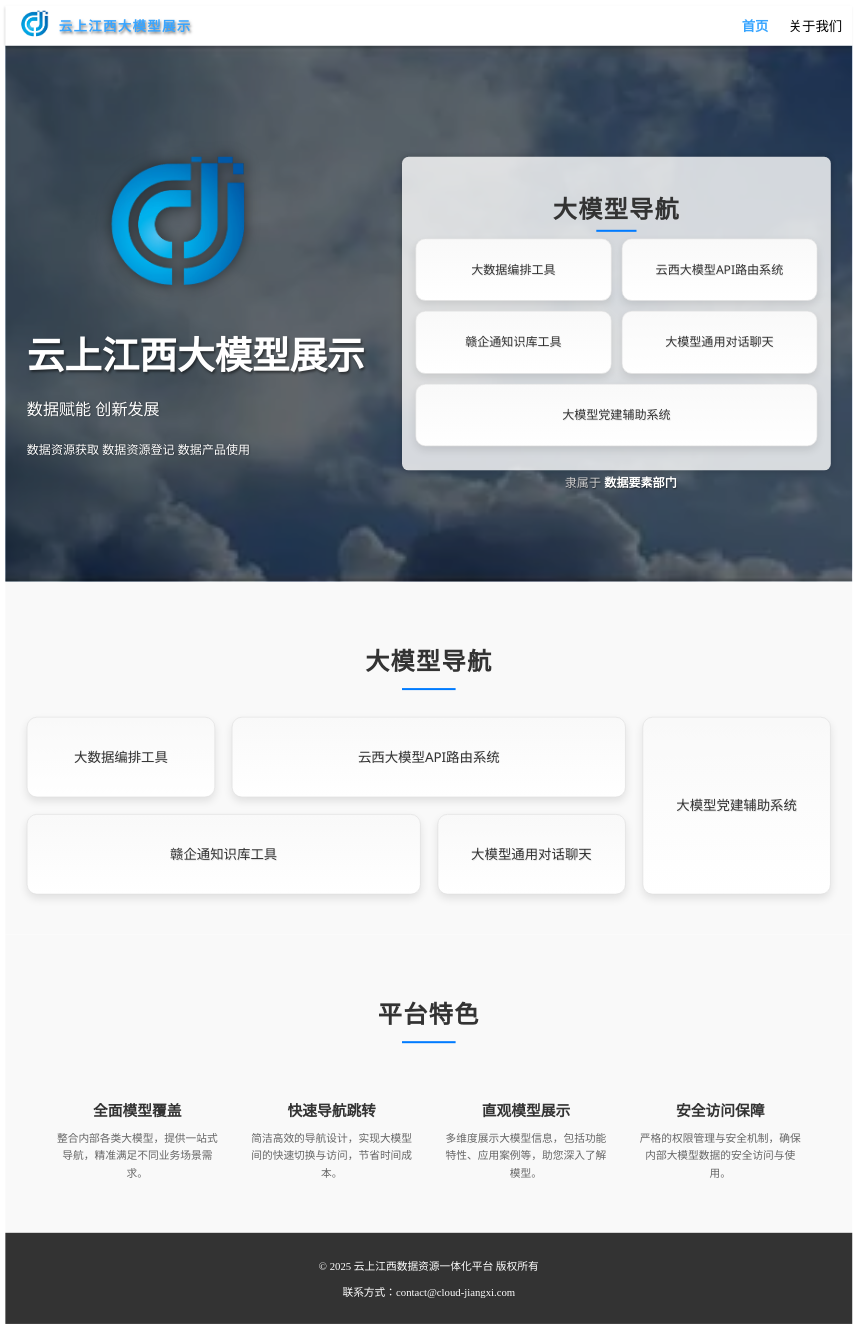
Repository: Felix-yifengyang/ysjx-model-nav
Page: /
An editor plug-in stored every save of this project. The page is shown before and after the next save, followed by the edit.
The browser window is 1280 px wide. The pictures show the whole page, at 67% of full size.
The project was rebuilt for these pictures with package versions that can differ from the ones it lists, and the page was loaded fresh each time. Also part of the build but not shown: vite.config.ts, src/About.vue.

Above is the page before, as saved 2025-02-21 09:18:07.

After the next save:
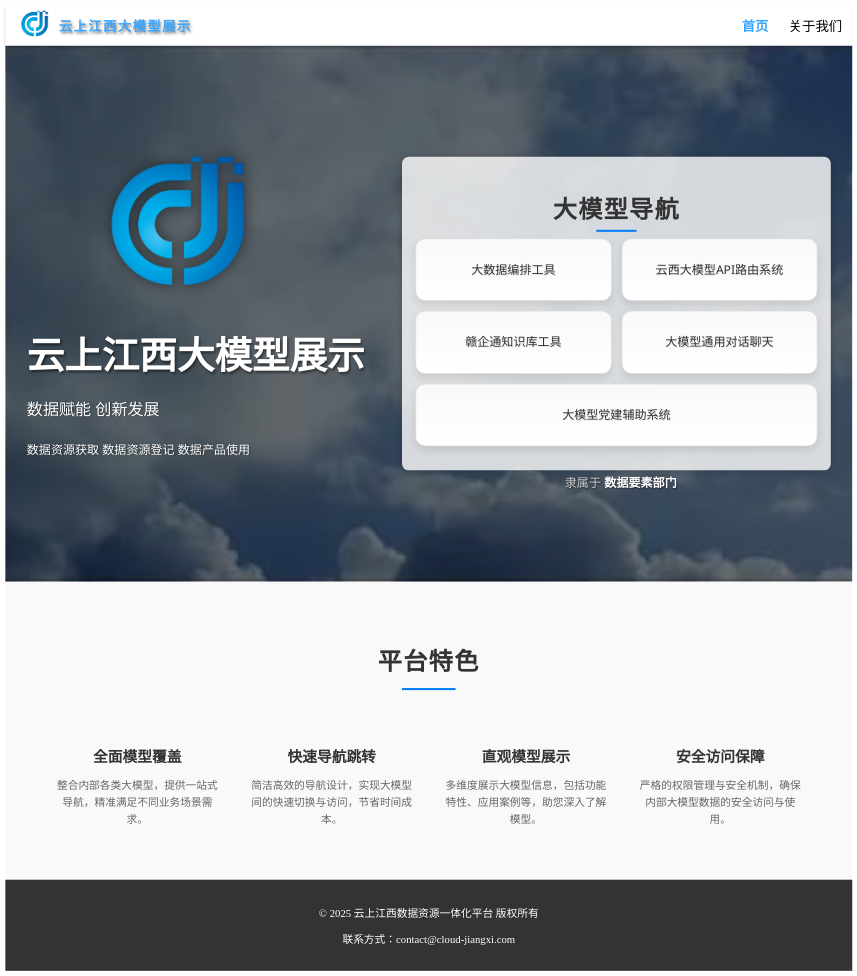
Saved 42 s later.
--- a/src/Home.vue
+++ b/src/Home.vue
@@ -1,7 +1,6 @@
 <template>
   <div id="home">
     <HeroSection />
-    <ShowcaseSection />
     <FeatureSelection />
     <Footer />
   </div>
@@ -9,7 +8,6 @@
 
 <script setup>
 import HeroSection from './components/HeroSection.vue'
-import ShowcaseSection from './components/ShowcaseSection.vue'
 import FeatureSelection from './components/FeatureSelection.vue'
 import Footer from './components/Footer.vue'
 </script>
